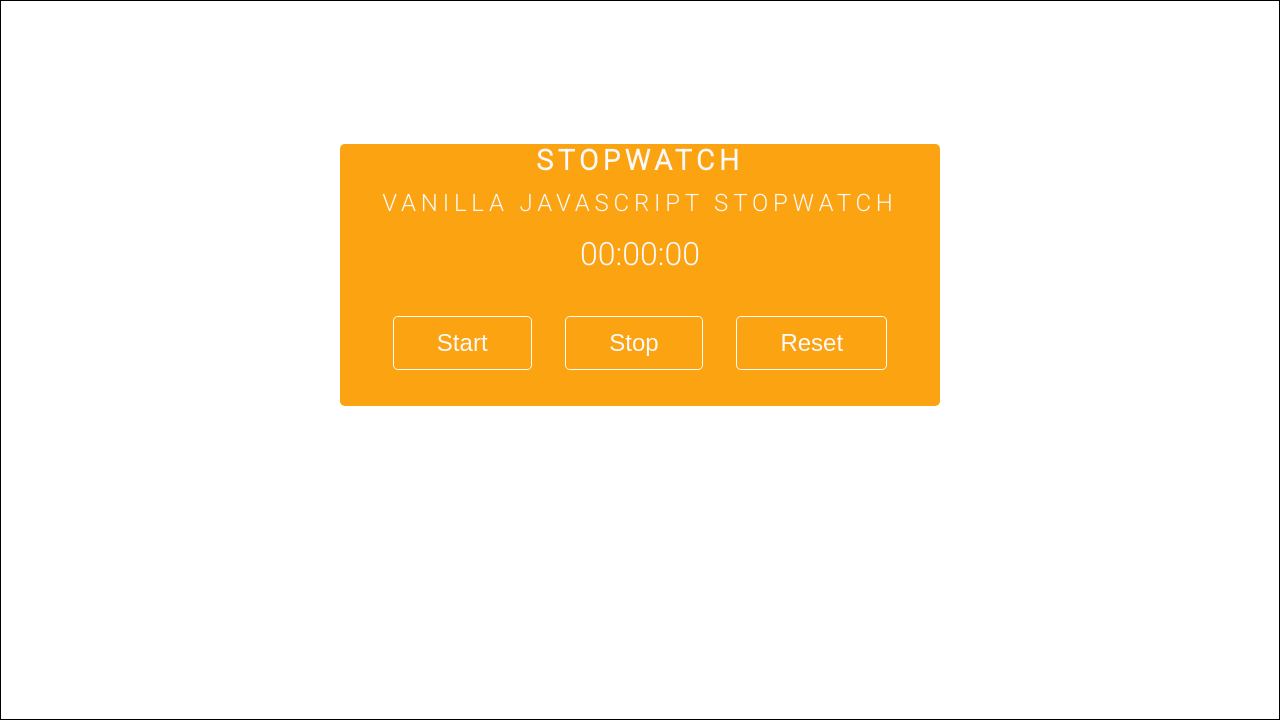
Repository: siaxiong/siaxiong.github.io
Page: doc/stopWatch.html
The author's editor kept a copy of each file at every save. The page is drawn from the files as they stood at one save, then again after the next save.
The browser window is 1280 px wide. The pictures show the whole page.

Above is the page before, as saved 2021-03-10 21:39:13.

### doc/stopWatch.html
<!DOCTYPE html>
<html lang="en">

<head>
    <meta charset="UTF-8">
    <meta http-equiv="X-UA-Compatible" content="IE=edge">
    <meta name="viewport" content="width=device-width, initial-scale=1.0">
    <link rel="preconnect" href="https://fonts.gstatic.com">
    <link href="https://fonts.googleapis.com/css2?family=Roboto:wght@300&display=swap" rel="stylesheet">
    <title>StopWatch</title>
</head>

<style>
    * {
        box-sizing: border-box;
        padding: 0;
        margin: 0;
    }


    .container {
        border: 1px solid black;
        height: 100vh;
    }

    .stopwatch {
        margin: 0 auto;
        max-width: 600px;
        width: 100%;

        color: #f8f9fa;
        font-family: 'Roboto', sans-serif;
        text-align: center;

        font-size: 1.5rem;
        border-radius: 0.2em;

    }

    .stopwatch--orange {
        background-color: #fca311;

    }

    .stopwatch__time,
    .stopwatch__buttons {
        padding: 1.5em;
        /* margin: 1em 0; */
        /* border: 1px solid yellow; */
    }

    .stopwatch__title {
        overflow-wrap: break-word;
        letter-spacing: 0.2em;
        /* font-size: 1.5rem; */
    }

    .stopwatch__title>* + *{
        margin: 0.5em 0;

    }

    .stopwatch__buttons {
        display: flex;
        justify-content: space-around;
        flex-wrap: wrap;
    }



    .stopwatch__time {
        overflow-wrap: break-word;
        font-size: 2rem;
        padding: 0.2em;
    }

    .stopwatch__buttons>* {
        border: 1px solid #fff;
        border-radius: 0.2em;
        padding: 0.5em 1.8em;
        font-size: inherit;
        color: inherit;
        background-color: inherit;

    }

    .stopwatch--position {
        position: absolute;
        top: 20%;
        left: 50%;
        transform: translateX(-50%);

    }

    @media only screen and (max-width: 700px) {
        .stopwatch {
            max-width: 90%;
        }
    }

    @media only screen and (max-width:500px) {
        .stopwatch__buttons>* {
            flex: 1;
        }
    }
</style>

<body>

    <!-----USE BEM METHODOLOGY-->
    <div class="container">

        <div class="stopwatch stopwatch--orange stopwatch--medium stopwatch--position">
            <div class="stopwatch__title">
                <h3>STOPWATCH</h3>
                <p>VANILLA JAVASCRIPT STOPWATCH</p>
            </div>

            <div id="stopwatch__time" class="stopwatch__time">
                00:00:00

            </div>

            <div class="stopwatch__buttons">
                <button id="stopwatch__button--start" class="stopwatch__button">
                    Start
                </button>
                <button id="stopwatch__button--stop" class="stopwatch__button">
                    Stop
                </button>
                <button id="stopwatch__button--reset"class="stopwatch__button">
                    Reset
                </button>
            </div>

        </div>

    </div>

    <script>

        let startButton = document.getElementById('stopwatch__button--start');
        let stopButton = document.getElementById('stopwatch__button--stop');
        let resetButton = document.getElementById('stopwatch__button--reset');

        let startTime;
        let elapsedTime = 0;
        let timerInterval;

        startButton.addEventListener("click", start);
        stopButton.addEventListener("click", stop);
        resetButton.addEventListener("click", reset);



        function start(){
            startTime = Date.now() - elapsedTime;
            timerInterval = setInterval(function printTime(){
                elapsedTime = Date.now() - startTime;
                print(timeToString(elapsedTime));
            }, 10)
        }

        function stop(){
            clearInterval(timerInterval);
        }

        function reset(){
            clearInterval(timerInterval);
            print("00:00:00");
            elapsedTime = 0;
        }

        function print(txt){
            document.getElementById("stopwatch__time").innerHTML = txt;
        }

        function timeToString(time) {

            let diffInHrs = time / 3600000;
            let hh = Math.floor(diffInHrs)

            let diffInMin = (diffInHrs - hh) * 60;
            let mm = Math.floor(diffInMin)

            let diffInSec = (diffInMin - mm) * 60;
            let ss = Math.floor(diffInSec);

            let DiffInMs = (diffInSec - ss) * 100;
            let ms = Math.floor(DiffInMs);


            let formattedMM = mm.toString().padStart(2, "0");
            let formattedSS = ss.toString().padStart(2, "0");
            let formattedMS = ms.toString().padStart(2, "0");


            return `${formattedMM}:${formattedSS}:${formattedMS}`;
        }




    </script>


</body>

</html>

After the next save:
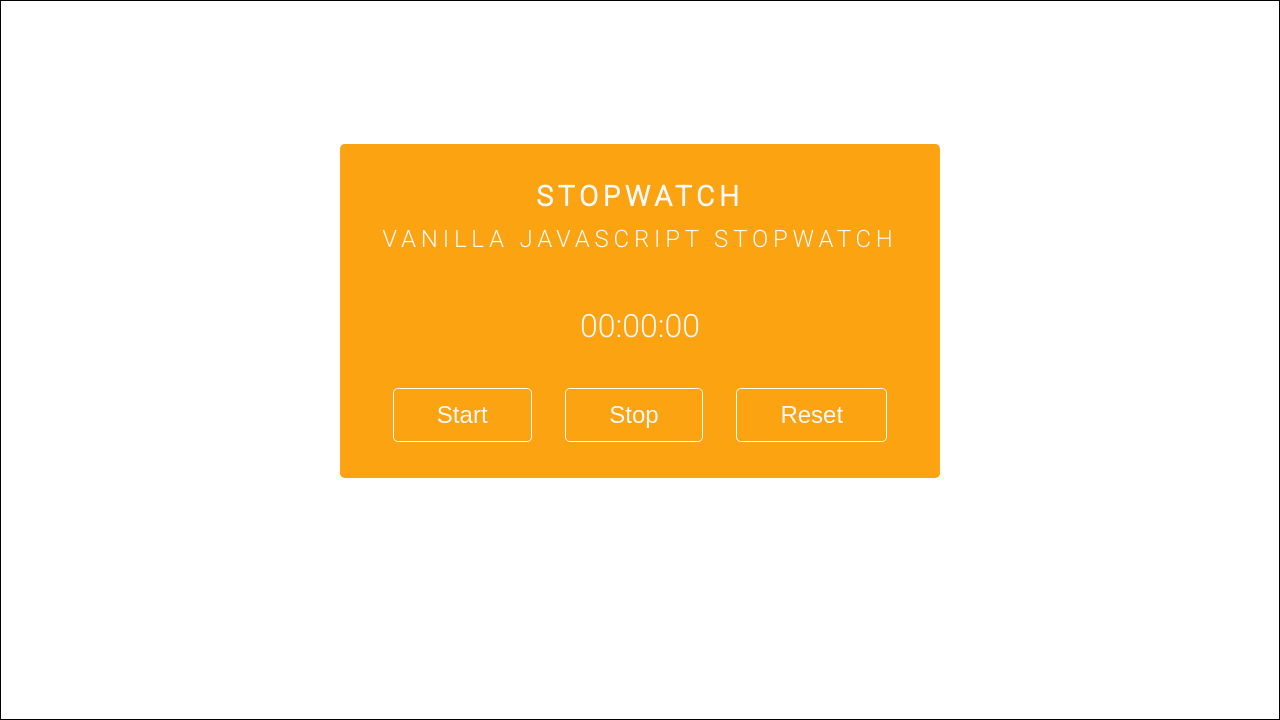
Saved 21 s later.
--- a/doc/stopWatch.html
+++ b/doc/stopWatch.html
@@ -42,7 +42,7 @@
 
     }
 
-    .stopwatch__time,
+    .stopwatch__title,
     .stopwatch__buttons {
         padding: 1.5em;
         /* margin: 1em 0; */
